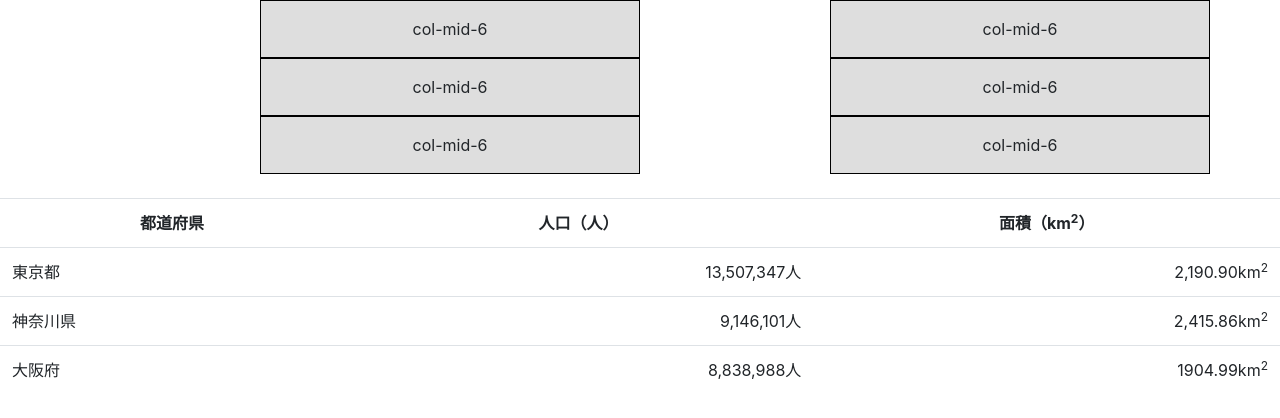
Repository: Naonaka-Saino/first-git
Page: lesson-bootstrap/index.html
The author's editor kept a record of every edit. The page is drawn from the files as they stood at one moment, then again after the next edit.
The browser window is 1280 px wide. The pictures show the whole page.
Some web libraries are served in a nearby version.

Above is the page before.

### lesson-bootstrap/index.html
<!DOCTYPE html>
<html lang="ja">
    <head>
        <!-- Required meta tags -->
        <meta charset="utf-8">
        <meta name="viewport" content="width=device-width, initial-scale=1, shrink-to-fit=no">

        <!-- Bootstrap CSS -->
        <link rel="stylesheet" href="https://stackpath.bootstrapcdn.com/bootstrap/4.2.1/css/bootstrap.min.css">

        <title>Grid System</title>

        <style>
            .row div{
                border:1px solid #000;
                padding:1em;
                text-align: center;
                background-color: #dedede;
            }
        </style>
    </head>
    <body>
        <div class="container">
            <div class="row">
                <div class="col-6 col-sm-6 offset-md-2 col-md-2 col-lg-4">col-mid-6</div>
                <div class="col-6 col-sm-6 offset-md-2 col-md-2 col-lg-4">col-mid-6</div>
                <div class="col-6 col-sm-6 offset-md-2 col-md-2 col-lg-4">col-mid-6</div>
                <div class="col-6 col-sm-6 offset-md-2 col-md-2 col-lg-4">col-mid-6</div>
                <div class="col-6 col-sm-6 offset-md-2 col-md-2 col-lg-4">col-mid-6</div>
                <div class="col-6 col-sm-6 offset-md-2 col-md-2 col-lg-4">col-mid-6</div>
            </div>
        </div>
        <br>

        <table class="table">
    <tr>
        <th class="text-center">都道府県</th>
        <th class="text-center">人口（人）</th>
        <th class="text-center">面積（km<sup>2</sup>）</th>
    </tr>
    <tr>
        <td>東京都</td>
        <td class="text-right">13,507,347人</td>
        <td class="text-right">2,190.90km<sup>2</sup></td>
    </tr>
    <tr>
        <td>神奈川県</td>
        <td class="text-right">9,146,101人</td>
        <td class="text-right">2,415.86km<sup>2</sup></td>
    </tr>
    <tr>
        <td>大阪府</td>
        <td class="text-right">8,838,988人</td>
        <td class="text-right">1904.99km<sup>2</sup></td>
    </tr>
</table>

        <!-- Optional JavaScript -->
        <!-- jQuery first, then Popper.js, then Bootstrap JS, then Font Awesome -->
        <script src="https://code.jquery.com/jquery-3.3.1.slim.min.js"></script>
        <script src="https://cdnjs.cloudflare.com/ajax/libs/popper.js/1.14.6/umd/popper.min.js"></script>
        <script src="https://stackpath.bootstrapcdn.com/bootstrap/4.2.1/js/bootstrap.min.js"></script>
        <script defer src="https://use.fontawesome.com/releases/v5.7.2/js/all.js"></script>
    </body>
</html>

After the next edit:
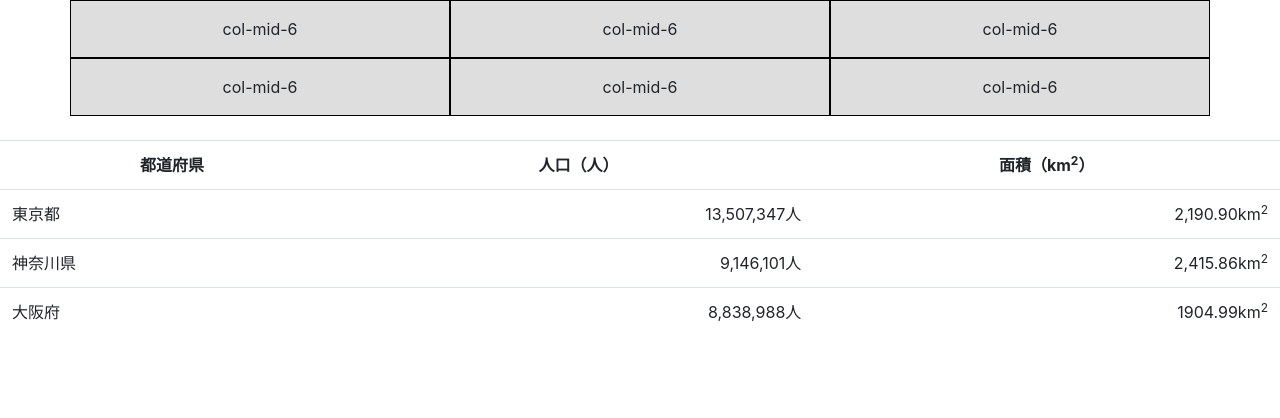
The edit:
--- a/lesson-bootstrap/index.html
+++ b/lesson-bootstrap/index.html
@@ -22,12 +22,12 @@
     <body>
         <div class="container">
             <div class="row">
-                <div class="col-6 col-sm-6 offset-md-2 col-md-2 col-lg-4">col-mid-6</div>
-                <div class="col-6 col-sm-6 offset-md-2 col-md-2 col-lg-4">col-mid-6</div>
-                <div class="col-6 col-sm-6 offset-md-2 col-md-2 col-lg-4">col-mid-6</div>
-                <div class="col-6 col-sm-6 offset-md-2 col-md-2 col-lg-4">col-mid-6</div>
-                <div class="col-6 col-sm-6 offset-md-2 col-md-2 col-lg-4">col-mid-6</div>
-                <div class="col-6 col-sm-6 offset-md-2 col-md-2 col-lg-4">col-mid-6</div>
+                <div class="col-6 col-sm-6 col-md-2 col-lg-4">col-mid-6</div>
+                <div class="col-6 col-sm-6  col-md-2 col-lg-4">col-mid-6</div>
+                <div class="col-6 col-sm-6  col-md-2 col-lg-4">col-mid-6</div>
+                <div class="col-6 col-sm-6  col-md-2 col-lg-4">col-mid-6</div>
+                <div class="col-6 col-sm-6  col-md-2 col-lg-4">col-mid-6</div>
+                <div class="col-6 col-sm-6  col-md-2 col-lg-4">col-mid-6</div>
             </div>
         </div>
         <br>
